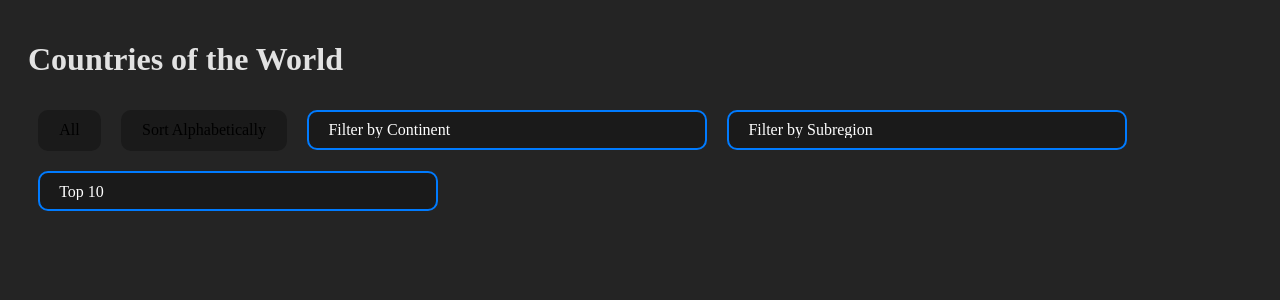
Repository: SandyLy453/comp-lab10
Page: /
An editor plug-in stored every save of this project. The page is shown before and after the next save, followed by the edit.
The browser window is 1280 px wide. The pictures show the whole page.
The page's requests for data from a server got no answer. The project was rebuilt for these pictures with package versions that can differ from the ones it lists, and the page was loaded fresh each time. No one was signed in, and anything a server would have sent is missing. Also part of the build but not shown: vite.config.js, src/components/Contry.jsx.

Above is the page before, as saved 2024-11-14 23:27:55.

After the next save:
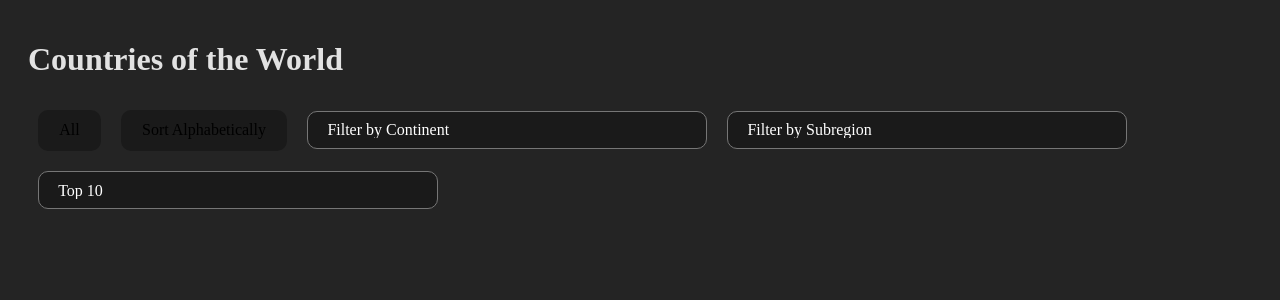
Saved 22 s later.
--- a/src/index.css
+++ b/src/index.css
@@ -44,7 +44,6 @@ select {
   appearance: none;
   -webkit-appearance: none; /* For Safari */
   -moz-appearance: none; /* For Firefox */
-  border: 2px solid #007bff;
   border-radius: 10px;
   padding: 0.6em 1.2em;
   background-color: #1a1a1a;
